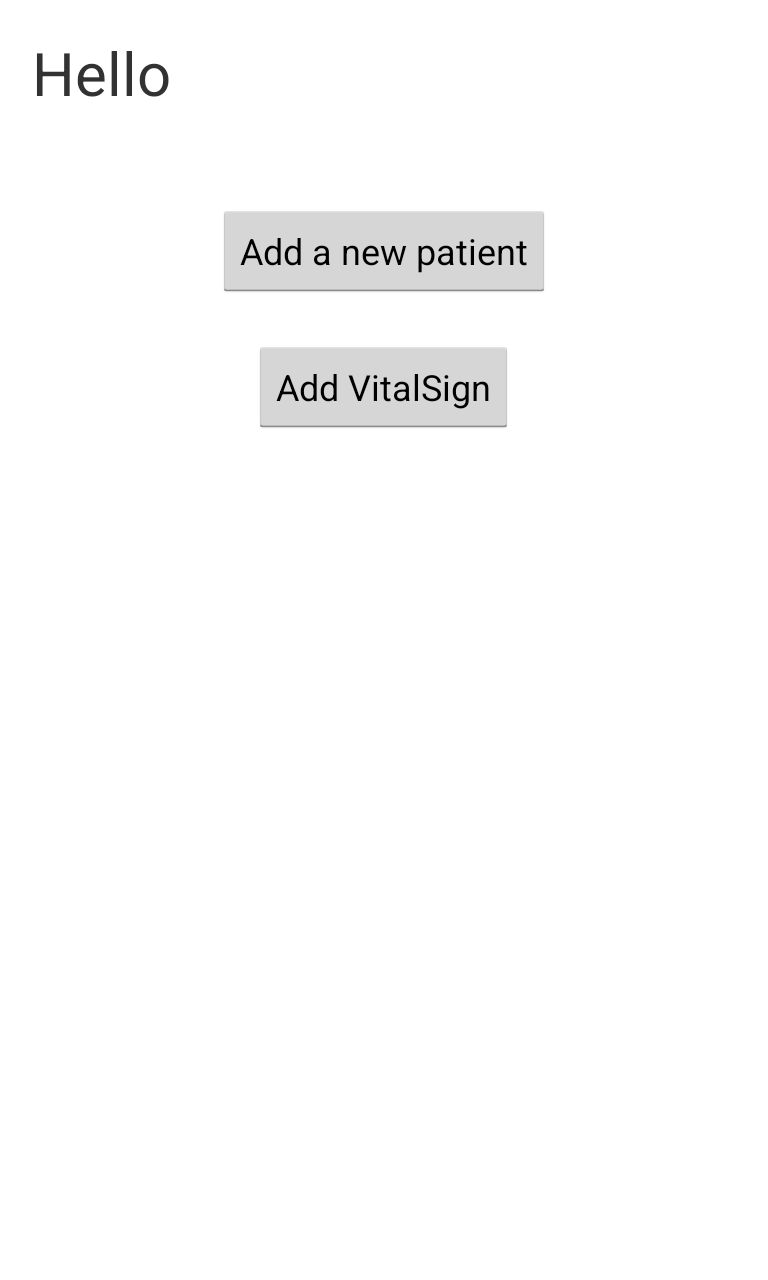
Repository: wangyuan0915/ER
Layout: workspace2/phase3/res/layout/activity_choice.xml
The author's editor kept a copy of each file at every save. The layout is drawn from the files as they stood at one save, then again after the next save.
It is drawn on a 768 x 1280 px phone screen (xhdpi) without system bars, with theme AppTheme; the app's code is not run.

Above is the layout before, as saved 2013-11-24 20:51:31.

After the next save:
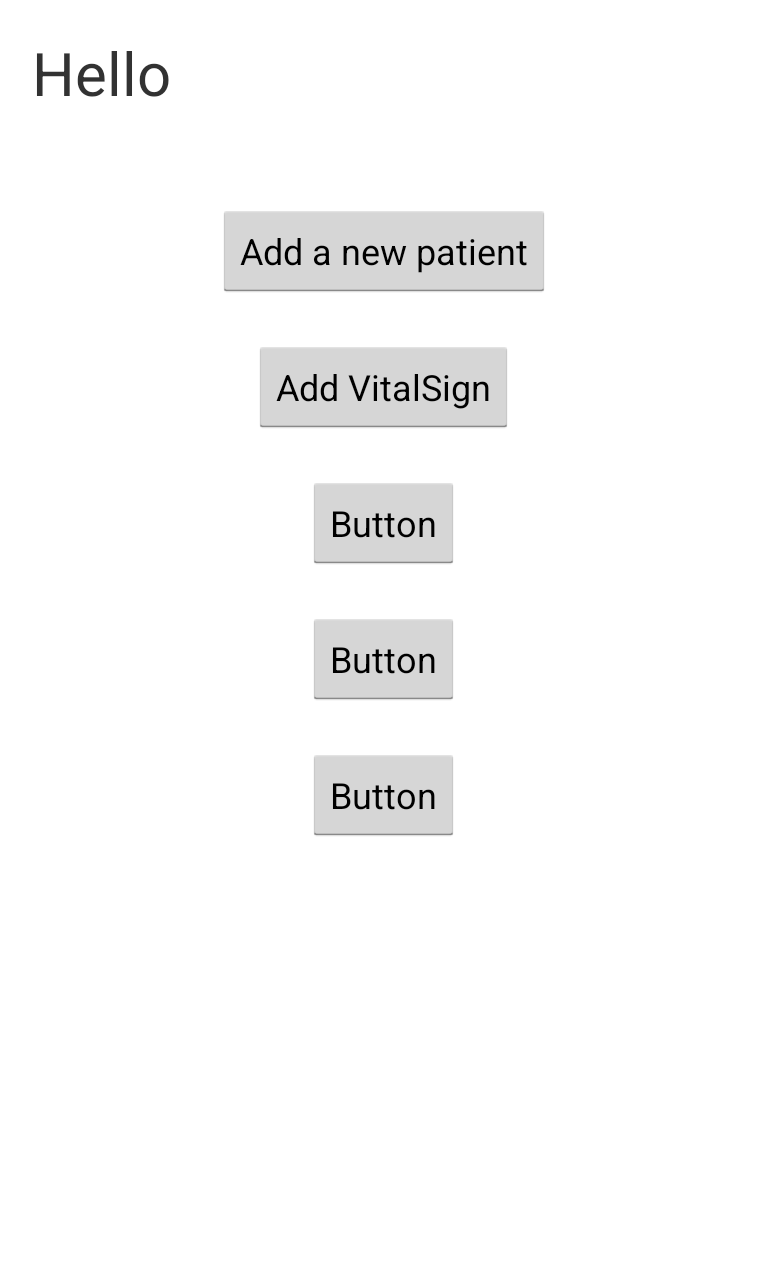
Saved 2 min 54 s later.
--- a/workspace2/phase3/res/layout/activity_choice.xml
+++ b/workspace2/phase3/res/layout/activity_choice.xml
@@ -38,4 +38,32 @@
         android:onClick="addVitalSign"
         android:text="@string/Add_VitalSign" />
 
+    <Button
+        android:id="@+id/viewpatientrecord"
+        android:layout_width="wrap_content"
+        android:layout_height="wrap_content"
+        android:layout_below="@+id/add_vital_sign"
+        android:layout_centerHorizontal="true"
+        android:layout_marginTop="20dp"
+        android:text="Button"
+        android:onClick="ViewPatientRecord"/>
+
+    <Button
+        android:id="@+id/button2"
+        android:layout_width="wrap_content"
+        android:layout_height="wrap_content"
+        android:layout_alignLeft="@+id/viewpatientrecord"
+        android:layout_below="@+id/viewpatientrecord"
+        android:layout_marginTop="20dp"
+        android:text="Button" />
+
+    <Button
+        android:id="@+id/button3"
+        android:layout_width="wrap_content"
+        android:layout_height="wrap_content"
+        android:layout_alignRight="@+id/button2"
+        android:layout_below="@+id/button2"
+        android:layout_marginTop="20dp"
+        android:text="Button" />
+
 </RelativeLayout>
